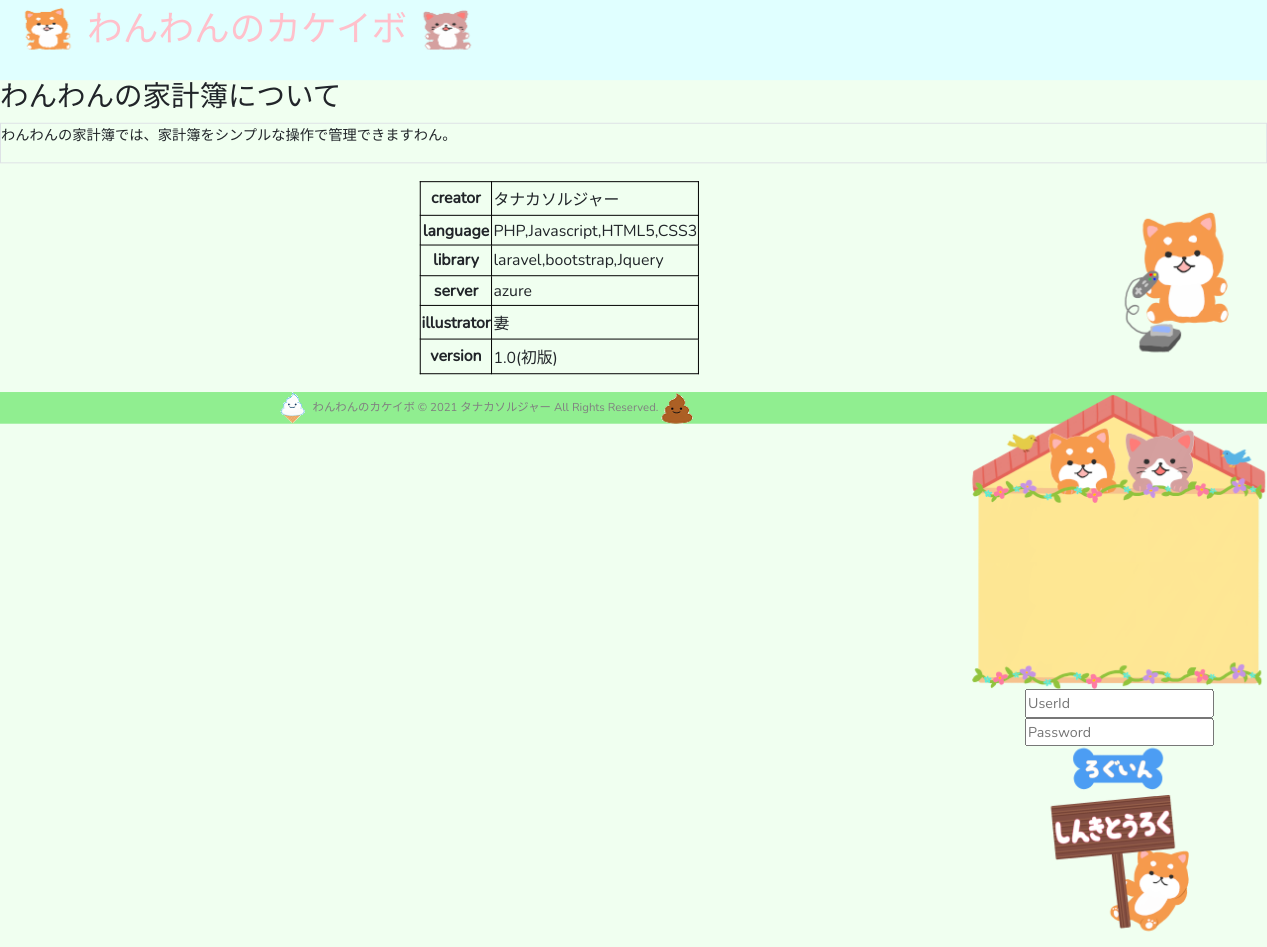
Repository: tatsuya-tanaka27/wanwannokakeibo
Page: http://localhost/wanwannokakeibo/login
An editor plug-in stored every save of this project. The page is shown before and after a run of saves, followed by the edit.
The browser window is 1280 px wide. The pictures show the whole page, at 99% of full size.
Some web fonts or font styles are not loaded; a fallback is used. The page is served by the project's Laravel application, run on PHP 8.4 with Laravel 8. Other server files are loaded and not shown.

Above is the page before, as saved 2021-03-06 13:15:16.
Console error: ReferenceError: $ is not defined

### laravelapp/routes/web.php
<?php

use Illuminate\Support\Facades\Route;
use App\Http\Controllers\IndexController;
use App\Http\Controllers\LoginController;

/*
|--------------------------------------------------------------------------
| Web Routes
|--------------------------------------------------------------------------
|
| Here is where you can register web routes for your application. These
| routes are loaded by the RouteServiceProvider within a group which
| contains the "web" middleware group. Now create something great!
|
*/


Route::get('/', function () { return view('welcome');});
//Route::get('/wanwannokakeibo/index', 'IndexController@index');
Route::get('wanwannokakeibo/index', [IndexController::class, 'index']);
Route::post('wanwannokakeibo/index', [IndexController::class, 'post']);
Route::get('wanwannokakeibo/login', [LoginController::class, 'index']);
Route::post('wanwannokakeibo/login', [LoginController::class, 'post']);

Auth::routes();

Route::get('/home', [App\Http\Controllers\HomeController::class, 'index'])->name('home');

### laravelapp/app/Http/Controllers/LoginController.php
<?php

namespace App\Http\Controllers;

use Illuminate\Http\Request;
use Illuminate\Support\Facades\DB;

/**
 * ログインコントローラー
 * @author t_tanaka
 */
class LoginController extends Controller
{
    /**
    * ログイン初期表示
    *
    * @param Request $request リクエストパラメーター
    * @return ログイン画面にリダイレクト
    */
    public function index(Request $request)
    {
        return view('kakeibo.login');
    }

    /**
    * ログインポスト処理
    *
    * @param Request $request リクエストパラメーター
    * @return トップ画面にリダイレクト
    */
    public function post(Request $request)
    {
        $user_id = $request->user_id;
        $password = $request->password;

        $userData = DB::table('kakeibo_users')
        ->whereRaw('user_id = ? and password = ?', [$user_id, $password])->get();
        return view('kakeibo.index', ['userData' => $userData]);
    }

}

### laravelapp/resources/views/kakeibo/login.blade.php
@extends('layouts.base2')

@section('title', 'わんわんの家計簿 トップ')

@section('content')
    <h2 id="login-h2" class="h2" align="left">
		わんわんの家計簿について
	</h2>
	<fieldset class="border">
		<p>
			わんわんの家計簿では、家計簿をシンプルな操作で管理できますわん。
		</p>
	</fieldset>
	<div id="summary-area" class="d-flex p-2 bd-highlight">
		<table id="summary-table">
			<tr>
				<th>creator</th>
                <td>タナカソルジャー</td>
			</tr>
			<tr>
				<th>language</th>
				<td>PHP,Javascript,HTML5,CSS3</td>
			</tr>
			<tr>
				<th>library</th>
				<td>laravel,bootstrap,Jquery</td>
			</tr>
			<tr>
				<th>server</th>
				<td>azure</td>
			</tr>
			<tr>
				<th>illustrator</th>
				<td>妻</td>
			</tr>
			<tr>
				<th>version</th>
				<td>1.0(初版)</td>
			</tr>
		</table>
		<div>
			<span></span>
			<a href="https://wanwannogame.web.app/wanwannogame/index.html">
				<img src="/images/game150.PNG" alt="わんわんのゲーム" />
			</a>
		</div>
	</div>
	<div id="login-area">
		<div id="login-fome-area" class="float-right">
			<img class="img-fluid" src="/images/loginhome300.PNG" alt="ログインの家"	/>
			<form id="login-form" class="text-center container" action="/wanwannokakeibo/login" method="post">
                @csrf
				<div id="login-input">
					<input id="login-un" type="text" align="center"	placeholder="UserId" name="user_id"/>
					<br />
					<input id="login-pass" type="password" align="center" placeholder="Password" name="password" />
					<br />
                    <input id="login-submit" type="image" class="img-fluid" src="/images/login100.PNG" name="login" alt="ログイン">
					<br />
					<a href="userRegistration.html">
						<img class="img-fluid" src="/images/shinkitoroku150.PNG" alt="しんきとうろく" />
					</a>
				</div>
			</form>
		</div>
    </div>
@endsection

### laravelapp/resources/views/layouts/base2.blade.php
<html>
    <head>
        <meta charset="utf-8" />
		<meta name="viewport" content="width=device-width, initial-scale=1, shrink-to-fit=no" />
		<link href="https://fonts.googleapis.com/earlyaccess/nicomoji.css" rel="stylesheet"	/>
		<link rel="shortcut icon" href="{{ asset('/favicon.ico') }}" type="image/vnd.microsoft.icon" />
        <link href="../../css/app.css" rel="stylesheet">
		<link href="../../css/style.css" rel="stylesheet" />
		<link href="../../css/kakeibo.css') }}" rel="stylesheet" />
        <script src="../../js/app.js') }}"></script>
        <title>@yield('title')</title>
    </head>
    <body>
        <section id="header-area">
		    <header class="d-flex p-2 bd-highlight">
			    <img class="img-fluid" src="/images/inu80.png" alt="わんわん" />
			    <h1 class="h1 wf-nicomoji">わんわんのカケイボ</h1>
			    <img class="img-fluid" src="/images/neko80.png" alt="にゃんにゃん"	/>
    		</header>
    	</section>
        <section>
            <main>
                @yield('content')
            </main>
        </section>
        <section id="footer-area">
			<footer>
				<img class="img-fluid" src="/images/softcream32.png" alt="そふとくん" />
				<small>
					わんわんのカケイボ © 2021 タナカソルジャー All Rights Reserved.
				</small>
				<img class="img-fluid" src="/images/unchi32.png" alt="うんちくん" />
			</footer>
		</section>
        <script type="text/javascript" src="/js/kakeibo.js"></script>
    </body>
</html>

### laravelapp/public/css/style.css
@charset "UTF-8";
/* 外部スタイルと各画面共通用のスタイル */

/* 外部スタイル start */
.wf-nicomoji {
	font-family: "Nico Moji" !important;
}

/* 外部スタイル end */

/* 共通スタイル start */

html {
	width: 100%;
	height: 100%;
	font-family: sans-serif;
}

body {
	background-color: honeydew;
}

table {
	margin: 10px auto;
}

th {
	text-align: center;
	border: 1px black solid;
}

td {
	border: 1px black solid;
}

img {
	margin: 0px;
	padding: 0px;
}

a:hover {
	opacity: 0.7;
}

h1 {
	color: pink !important;
}

#top-link-title:hover {
	opacity: 0.5;
	cursor: pointer;
}

#wrapper {
}

main {
}

#header-area {
	background-color: lightcyan;
}

header {
	width: 100%;
}

header img {
	margin-top: -15px;
}

#user-area {
	margin: 0px !important;
	padding: 0px !important;
}

#footer-area {
	background-color: lightgreen;
	text-align: center;
}

small {
	color: gray;
}

.ma {
	margin: auto;
}

.cb {
	/* floatを解除 */
	clear: both;
}

.ts {
	text-align: center;
}

/* 共通スタイル end */

/* ハンバーガーメニュー用のスタイル start */

.menu-btn {
	position: fixed;
	top: 10px;
	right: 10px;
	display: flex;
	height: 60px;
	width: 60px;
	justify-content: center;
	align-items: center;
	z-index: 90;
	background-color: #3584bb;
}
.menu-btn span,
.menu-btn span:before,
.menu-btn span:after {
	content: "";
	display: block;
	height: 3px;
	width: 25px;
	border-radius: 3px;
	background-color: #ffffff;
	position: absolute;
}
.menu-btn span:before {
	bottom: 8px;
}
.menu-btn span:after {
	top: 8px;
}

#menu-btn-check:checked ~ .menu-btn span {
	background-color: rgba(
		255,
		255,
		255,
		0
	); /*メニューオープン時は真ん中の線を透明にする*/
}
#menu-btn-check:checked ~ .menu-btn span::before {
	bottom: 0;
	transform: rotate(45deg);
}
#menu-btn-check:checked ~ .menu-btn span::after {
	top: 0;
	transform: rotate(-45deg);
}

#menu-btn-check {
	display: none;
}

.menu-content {
	width: 20%;
	height: 100%;
	position: fixed;
	top: 0;
	right: 0; /*rightの値を変更してメニューを画面外へ*/
	z-index: 80;
	background-color: #3584bb;
	transition: all 0.5s; /*アニメーション設定*/
	display: none;
}
.menu-content ul {
	padding: 70px 10px 0;
}
.menu-content ul li {
	border-bottom: solid 1px #ffffff;
	list-style: none;
}
.menu-content ul li a {
	display: block;
	width: 100%;
	font-size: 15px;
	box-sizing: border-box;
	color: #ffffff;
	text-decoration: none;
	padding: 9px 15px 10px 0;
	position: relative;
}
.menu-content ul li a::before {
	content: "";
	width: 7px;
	height: 7px;
	border-top: solid 2px #ffffff;
	border-right: solid 2px #ffffff;
	transform: rotate(45deg);
	position: absolute;
	right: 11px;
	top: 16px;
}

#menu-btn-check:checked ~ .menu-content {
	display: block;
}

/* ハンバーガーメニュー用のスタイル end */

/* レスポンシブ用のスタイル start */

/* レスポンシブ用のスタイル end */

### laravelapp/public/js/kakeibo.js
window.onload = function() {

};

$(function(){
 $('#inputArea').width($('#inputTable').width());
 $('#listArea').width($('#listTable').width());
});

### laravelapp/public/css/kakeibo.css
@charset "UTF-8";
/* 各画面固有のスタイル */

/* ログイン画面用スタイル */

#login-guide-area {
}

#login-area {
}

#login-guide-table {
	width: 99%;
}

#login-guide-legend {
	width: auto;
	margin-left: 1em;
}

#login-form {
	margin-top: -125px;
}

#userRegistration-area {
	margin-top: 50px;
}

/* ユーザー登録画面用スタイル */

/* トップ画面用スタイル */

#top-description-border {
	background-color: lightyellow;
}

#top-description-legend {
	color: rgb(0, 111, 191);
	margin: 0px;
	padding: 0px;
}

/* 入力画面用スタイル */

/* 家計簿登録画面用スタイル */

/* 家計簿一覧画面用スタイル */

Loaded but not shown: laravelapp/app/Http/Controllers/Auth/ConfirmPasswordController.php (common file); laravelapp/app/Http/Controllers/Controller.php (common file); laravelapp/public/css/app.css (library)

After the next 2 saves:
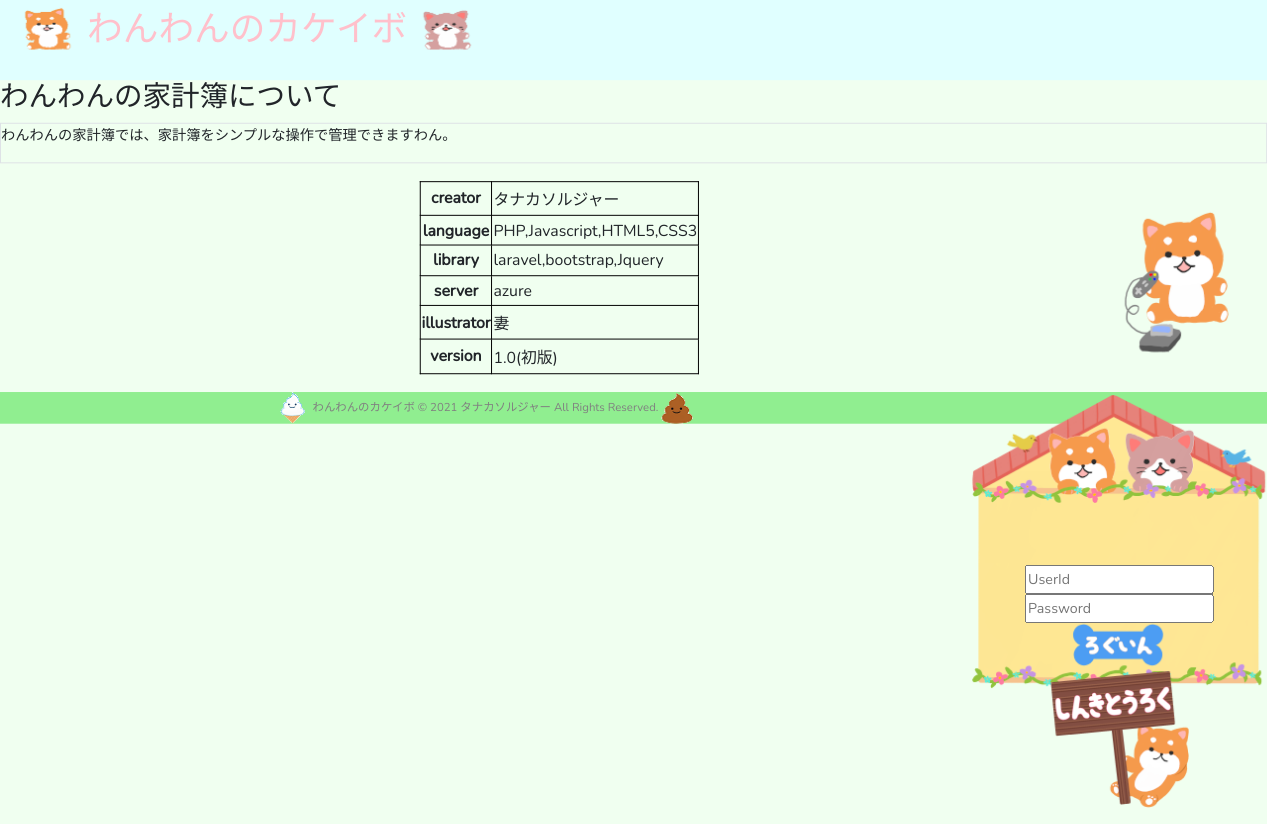
The 2 saves are shown as one change because they came seconds apart.
The last was saved 6 s later.
--- a/laravelapp/resources/views/layouts/base2.blade.php
+++ b/laravelapp/resources/views/layouts/base2.blade.php
@@ -6,8 +6,8 @@
 		<link rel="shortcut icon" href="{{ asset('/favicon.ico') }}" type="image/vnd.microsoft.icon" />
         <link href="../../css/app.css" rel="stylesheet">
 		<link href="../../css/style.css" rel="stylesheet" />
-		<link href="../../css/kakeibo.css') }}" rel="stylesheet" />
-        <script src="../../js/app.js') }}"></script>
+		<link href="../../css/kakeibo.css" rel="stylesheet" />
+        <script src="../../js/app.js"></script>
         <title>@yield('title')</title>
     </head>
     <body>
